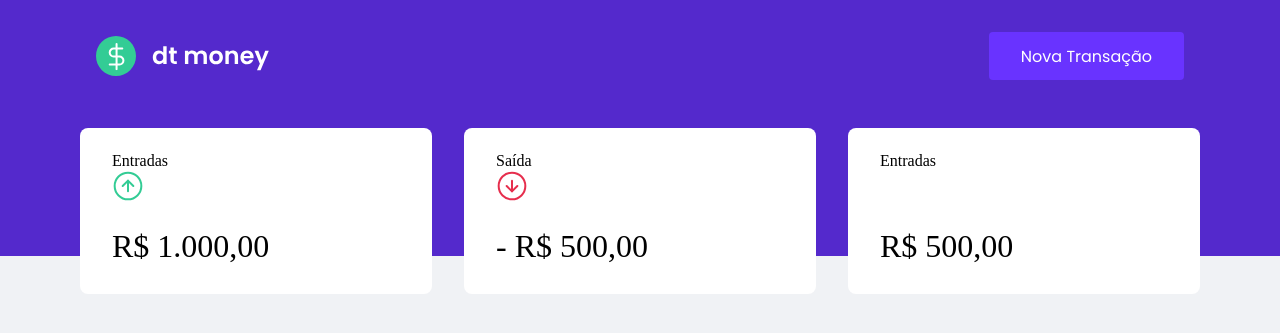
Repository: viniciusfg05/vlmoney
Page: /
The author's editor kept a copy of each file at every save. The page is drawn from the files as they stood at one save, then again after the next save.
The browser window is 1280 px wide. The pictures show the whole page.
The project was rebuilt for these pictures with package versions that can differ from the ones it lists, and the page was loaded fresh each time.

Above is the page before, as saved 2022-02-21 14:45:55.

After the next save:
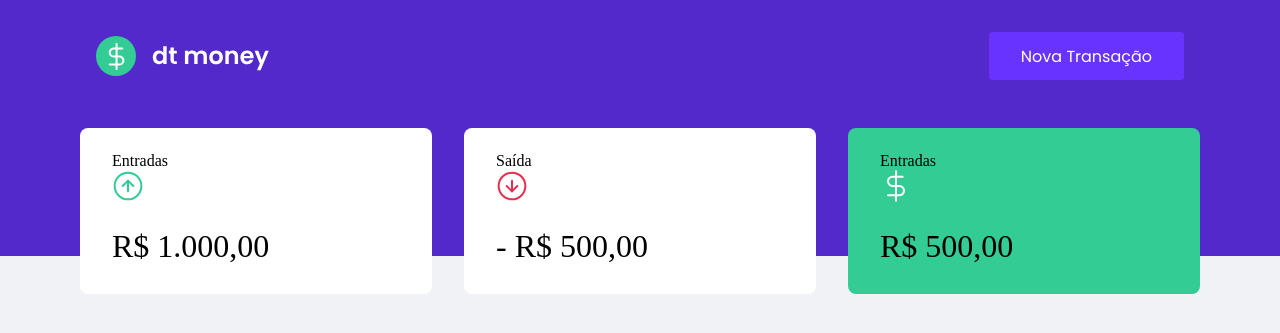
Saved 11 s later.
--- a/src/components/summary/styles.ts
+++ b/src/components/summary/styles.ts
@@ -26,7 +26,7 @@ import styled from "styled-components";
       line-height: 3rem; //ocupar um pouco mais de espaço dentro
     }
 
-    .light-background {
+    &.light-background {
       background: var(--green)
     }
   }
